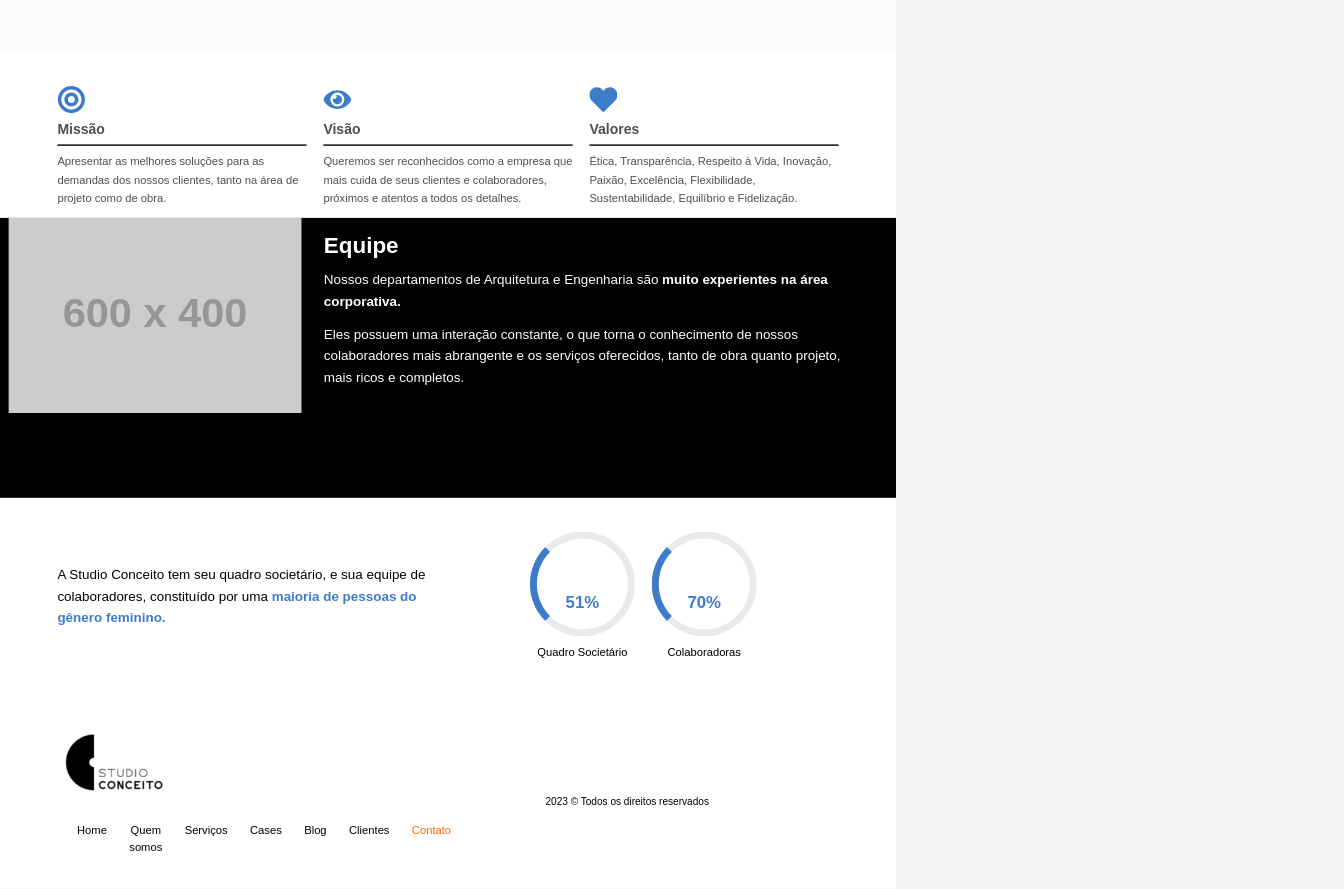
Repository: Upstairs-Agencia/studio-conceito-react
Page: /quem-somos
These files come from the project's save history. The page is drawn as it stood at one moment and after a run of saves; the edit follows.
The browser window is 1280 px wide. The page is 1920 px wide, so the pictures cover 1920 px, including what lies to the right of the window. The pictures show the part of the page from y = 2085 to 3365 px (the page is 3355 px tall before and 3365 px after), at 70% of full size.
The project was rebuilt for these pictures with package versions that can differ from the ones it lists, and the page was loaded fresh each time. Also part of the build but not shown: src/pages/Home.js, src/pages/Servicos.js, src/styles/cases.css, src/pages/Cases.js, src/pages/Blog.js, src/pages/Clientes.js, src/pages/Contato.js.

Above is the page before, as saved 2024-12-29 12:49:00.

### public/index.html
<!DOCTYPE html>
<html lang="en">
  <head>
    <meta charset="utf-8" />
    <link rel="icon" href="%PUBLIC_URL%/favicon.ico" />
    <meta name="viewport" content="width=device-width, initial-scale=1" />
    <meta name="theme-color" content="#000000" />
    <meta
      name="description"
      content="Web site created using create-react-app"
    />
    <link rel="apple-touch-icon" href="%PUBLIC_URL%/logo192.png" />
    <!--
      manifest.json provides metadata used when your web app is installed on a
      user's mobile device or desktop. See https://developers.google.com/web/fundamentals/web-app-manifest/
    -->
    <link rel="manifest" href="%PUBLIC_URL%/manifest.json" />
    <!--
      Notice the use of %PUBLIC_URL% in the tags above.
      It will be replaced with the URL of the `public` folder during the build.
      Only files inside the `public` folder can be referenced from the HTML.

      Unlike "/favicon.ico" or "favicon.ico", "%PUBLIC_URL%/favicon.ico" will
      work correctly both with client-side routing and a non-root public URL.
      Learn how to configure a non-root public URL by running `npm run build`.
    -->
    <title>Studio Conceito</title>
  </head>
  <body>
    <noscript>You need to enable JavaScript to run this app.</noscript>
    <div id="root"></div>
    <!--
      This HTML file is a template.
      If you open it directly in the browser, you will see an empty page.

      You can add webfonts, meta tags, or analytics to this file.
      The build step will place the bundled scripts into the <body> tag.

      To begin the development, run `npm start` or `yarn start`.
      To create a production bundle, use `npm run build` or `yarn build`.
    -->
  </body>
</html>

### src/index.js

import React from 'react';
import ReactDOM from 'react-dom';
import App from './App';
import 'mdb-react-ui-kit/dist/css/mdb.min.css'; // MDB styles
import './index.css'; // Global styles

ReactDOM.render(
  <React.StrictMode>
    <App />
  </React.StrictMode>,
  document.getElementById('root')
);

### src/App.js

import React from 'react';
import { BrowserRouter as Router, Routes, Route } from 'react-router-dom';
import Home from './pages/Home';
import QuemSomos from './pages/QuemSomos';
import Servicos from './pages/Servicos';
import Cases from './pages/Cases';
import Blog from './pages/Blog';
import Clientes from './pages/Clientes';
import Contato from './pages/Contato';

function App() {
  return (
    <Router>
      <Routes>
        <Route path="/" element={<Home />} />
        <Route path="/quem-somos" element={<QuemSomos />} />
        <Route path="/servicos" element={<Servicos />} />
        <Route path="/cases" element={<Cases />} />
        <Route path="/blog" element={<Blog />} />
        <Route path="/clientes" element={<Clientes />} />
        <Route path="/contato" element={<Contato />} />
      </Routes>
    </Router>
  );
}

export default App;

### src/index.css

body {
  margin: 0;
  font-family: Arial, sans-serif;
  background-color: #f4f4f4;
}

### src/pages/QuemSomos.js
import React from "react";
import Navbar from "../components/navbar"; // Importando o componente Navbar
import { MDBContainer, MDBRow, MDBCol } from "mdb-react-ui-kit";
import { FaBullseye, FaEye, FaHeart } from "react-icons/fa";

import Footer from "../components/footer";
import "../styles/quemsomos.css";

export default function QuemSomos() {
  return (
    <>
      {/* Navbar */}
      <Navbar />

      {/* Seção de cabeçalho do quem somos */}
      <section className="bg-black text-white py-5">
        <MDBContainer>
          <MDBRow className="align-items-center">
            <MDBCol md="6">
              <h1 className="fw-bold">Quem somos</h1>
            </MDBCol>
            <MDBCol md="6" className="text-end">
              <img
                src="https://placehold.co/200x150" // Imagem maior para seguir o padrão original
                alt="Padrão gráfico"
                style={{ maxWidth: "200px", marginRight: "4rem" }}
              />
            </MDBCol>
          </MDBRow>
        </MDBContainer>
      </section>

      {/* Quem Somos Section */}
      <section className="py-5 ">
        <MDBContainer>
          <MDBRow className="align-items-center">
            <MDBCol md="6">
              <img
                src="https://via.placeholder.com/600x400"
                alt="Studio Conceito"
                className="img-fluid"
              />
            </MDBCol>
            <MDBCol md="6">
              <h2 className="fw-bold mb-4">Studio Conceito</h2>
              <p>
                A Studio Conceito Arquitetura foi{" "}
                <strong>fundada em 2009</strong> e conta com uma equipe
                altamente capacitada e com grande experiência na área
                corporativa.
              </p>
              <p>
                O <strong>Atendimento Personalizado</strong> é o grande foco de
                nossa empresa, visando sempre garantir a satisfação e a
                consequente fidelização de nossos clientes.
              </p>
            </MDBCol>
          </MDBRow>
        </MDBContainer>
        <img
          src="https://via.placeholder.com/1920x200"
          alt="Studio Conceito"
          className="imagemfundo"
        />
      </section>

      {/* Sócios Section */}
      <section className="py-5 socios text-white">
        <MDBContainer>
          <h1 className="text-left titulosocios fw-bold mb-5">Sócios</h1>
          <MDBRow className="text-center">
            <MDBCol md="6" className="mb-4">
              <div className="team-member">
                <img
                  src="https://via.placeholder.com/400x400"
                  alt="Arq. Cristina Castilho"
                  className="img-fluid mb-2"
                />
                <h4 className="fw-bold">Arq. Cristina Castilho</h4>
                <p>CEO | Sócia fundadora</p>
              </div>
            </MDBCol>
            <MDBCol md="6" className="mb-4">
              <div className="team-member">
                <img
                  src="https://via.placeholder.com/400x400"
                  alt="Arq. Gabriel Castilho"
                  className="img-fluid mb-2"
                />
                <h4 className="fw-bold">Arq. Gabriel Castilho</h4>
                <p>COO | Sócio fundador</p>
              </div>
            </MDBCol>
          </MDBRow>
        </MDBContainer>
      </section>

      {/* Atendemos em todo Brasil Section */}
      <section className="py-5 bg-light">
        <MDBContainer>
          <MDBRow className="align-items-center">
            <MDBCol md="6" className="title-container">
              <h1 className="atendemos-title">Atendemos</h1>
              <h1 className="brasil-title">em todo Brasil</h1>
            </MDBCol>
            <MDBCol md="6">
              <p className="text-large">
                Com uma equipe multidisciplinar e altamente capacitada, composta
                por arquitetos, engenheiros e designers, apresentamos as
                melhores soluções para as demandas de nossos clientes, tanto na
                área de <span className="fw-bold">projeto</span> como de{" "}
                <span className="fw-bold">obra</span>.
              </p>
              <p className="text-large">
                Adequamos nossos times às necessidades de cada solicitação,
                sejam elas projetos, gerenciamento e execução de obra. Do início
                ao fim, ficamos ao lado do cliente{" "}
                <span className="fw-bold">cuidando de todos os detalhes!</span>
              </p>
            </MDBCol>
          </MDBRow>
        </MDBContainer>
      </section>

      {/* Missão, Visão e Valores Section */}
      <section className="py-5 bg-white">
        <MDBContainer>
          <MDBRow className="text-center mission-row">
            <MDBCol md="4" className="mission-col">
              <div className="icon-container">
                <FaBullseye size={40} color="#3d7cc9" />
              </div>
              <h5 className="fw-bold">Missão</h5>
              <div className="divider"></div>
              <p>
                Apresentar as melhores soluções para as demandas dos nossos
                clientes, tanto na área de projeto como de obra.
              </p>
            </MDBCol>
            <MDBCol md="4" className="mission-col">
              <div className="icon-container">
                <FaEye size={40} color="#3d7cc9" />
              </div>
              <h5 className="fw-bold">Visão</h5>
              <div className="divider"></div>
              <p>
                Queremos ser reconhecidos como a empresa que mais cuida de seus
                clientes e colaboradores, próximos e atentos a todos os
                detalhes.
              </p>
            </MDBCol>
            <MDBCol md="4" className="mission-col">
              <div className="icon-container">
                <FaHeart size={40} color="#3d7cc9" />
              </div>
              <h5 className="fw-bold">Valores</h5>
              <div className="divider"></div>
              <p>
                Ética, Transparência, Respeito à Vida, Inovação, Paixão,
                Excelência, Flexibilidade, Sustentabilidade, Equilíbrio e
                Fidelização.
              </p>
            </MDBCol>
          </MDBRow>
        </MDBContainer>

        {/* Equipe Section */}
        <section className="equipe-section">
          <MDBContainer fluid className="d-flex align-items-center">
            <MDBCol md="4" className="p-0">
              <img
                src="https://via.placeholder.com/600x400"
                alt="Equipe"
                className="img-fluid equipe-image"
              />
            </MDBCol>
            <MDBCol
              md="8"
              className="d-flex flex-column justify-content-center equipe-text"
            >
              <h2 className="fw-bold text-left mb-3">Equipe</h2>
              <p className="text-left">
                Nossos departamentos de Arquitetura e Engenharia são{" "}
                <strong>muito experientes na área corporativa.</strong>
              </p>
              <p className="text-left">
                Eles possuem uma interação constante, o que torna o conhecimento
                de nossos colaboradores mais abrangente e os serviços
                oferecidos, tanto de obra quanto projeto, mais ricos e
                completos.
              </p>
            </MDBCol>
          </MDBContainer>
        </section>

        {/* Diversidade Section */}
        <section className="diversidade-section">
          <MDBContainer className="d-flex align-items-center justify-content-between">
            <MDBCol md="6" className="d-flex flex-column diversidade-text">
              <p className="text-left">
                A Studio Conceito tem seu quadro societário, e sua equipe de
                colaboradores, constituído por uma{" "}
                <span className="destaque">
                  maioria de pessoas do gênero feminino.
                </span>
              </p>
            </MDBCol>
            <MDBCol md="6" className="d-flex justify-content-center gap-4">
              {/* Gráfico Quadro Societário */}
              <div className="grafico-container">
                <div className="grafico"></div>
                <span className="grafico-percentual">51%</span>
                <p className="grafico-label">Quadro Societário</p>
              </div>

              {/* Gráfico Colaboradoras */}
              <div className="grafico-container">
                <div className="grafico"></div>
                <span className="grafico-percentual">70%</span>
                <p className="grafico-label">Colaboradoras</p>
              </div>
            </MDBCol>
          </MDBContainer>
        </section>

        <Footer />
      </section>
    </>
  );
}

### src/components/navbar.js
import React, { useState } from "react";

import Logo from "../images/logoBlack.png";

import {
  MDBNavbar,
  MDBNavbarBrand,
  MDBContainer,
} from "mdb-react-ui-kit";
import { FaLinkedin, FaInstagram, FaPinterest, FaBars } from "react-icons/fa";
import { IoIosClose } from "react-icons/io";
import { Link } from "react-router-dom";

import SeloGptw from "../images/selo-gptw.png";

const Navbar = () => {
  const [showMenu, setShowMenu] = useState(false);

  return (
    <>
      {/* Navbar */}
      <MDBNavbar dark bgColor="white" className="py-4 px-5">
        <MDBContainer fluid className="d-flex justify-content-between align-items-center">
          {/* Logo */}
          <MDBNavbarBrand href="#" className="ms-5">
            <img
              src={Logo}
              alt="Logo"
              style={{ maxHeight: "90px", marginLeft: "12vw"}}
            />
          </MDBNavbarBrand>

          {/* Social Icons and Menu Toggle */}
          <div className="d-flex align-items-center">
            {/* Social Icons */}
            <div className="d-flex gap-3 me-3">
              <button className="btn btn-light rounded-circle p-2">
                <FaLinkedin size={30} />
              </button>
              <button className="btn btn-light rounded-circle p-2">
                <FaInstagram size={30} />
              </button>
              <button className="btn btn-light rounded-circle p-2">
                <FaPinterest size={30} />
              </button>
            </div>

            {/* FaBars Icon for Sidebar */}
            <button
              className="btn rounded-circle p-2"
              style={{
                background: "none",
                border: "none",
                cursor: "pointer",
              }}
              onClick={() => setShowMenu(!showMenu)}
            >
              <FaBars size={20} color="black" />
            </button>
          </div>
        </MDBContainer>
      </MDBNavbar>

      {/* Sidebar Menu */}
      {showMenu && (
        <div
          className="position-fixed top-0 end-0 bg-white vh-100 vw-350 shadow-lg d-flex flex-column"
          style={{ zIndex: 1050, width: "500px" }}
        >
          <div className="d-flex justify-content-end p-3">
            {/* Close Button */}
            <button
              className="p-0"
              style={{
                background: "none",
                border: "none",
                cursor: "pointer",
              }}
              onClick={() => setShowMenu(false)}
            >
              <IoIosClose size={40} />
            </button>
          </div>





          <div className="p-4 flex-grow-1">
            {/* Menu Items */}
            <ul className="list-unstyled">
              {[
                { label: "Home", link: "/" },
                { label: "Quem somos", link: "/quem-somos" },
                { label: "Serviços", link: "/servicos" },
                { label: "Cases", link: "/cases" },
                { label: "Blog", link: "/blog" },
                { label: "Clientes", link: "/clientes" },
                { label: "Contato", link: "/contato" },
              ].map((item, index) => (
                <li key={index} className="py-2">
                  <Link
                    to={item.link}
                    className="text-decoration-none fs-6"
                    style={{
                      transition: "all 0.3s ease-in-out", // Transição suave
                      color:"black"
                    }}
                    onMouseOver={(e) => {
                      e.currentTarget.style.color = "#FF7F30"; // Altera a cor
                      e.currentTarget.style.fontWeight = "bold"; // Negrito
                    }}
                    onMouseOut={(e) => {
                      e.currentTarget.style.color = "black"; // Retorna à cor original
                      e.currentTarget.style.fontWeight = "normal"; // Retira o negrito
                    }}
                  >
                    {item.label}
                  </Link>
                </li>
              ))}
            </ul>
          </div>



          {/* Footer Section */}
          <div className="d-flex justify-content-between align-items-center px-4 pb-4">
            {/* Social Icons */}
            <div className="d-flex gap-3">
              <button className="btn btn-dark rounded-circle p-2">
                <FaLinkedin size={20} color="white" />
              </button>
              <button className="btn btn-dark rounded-circle p-2">
                <FaInstagram size={20} color="white" />
              </button>
              <button className="btn btn-dark rounded-circle p-2">
                <FaPinterest size={20} color="white" />
              </button>
            </div>

            {/* Placeholder Image */}
            <img
              src={SeloGptw}
              alt="Great Place to Work"
              style={{ maxHeight: "200px", marginBottom: "4rem" }}
            />
          </div>
        </div>
      )}
    </>
  );
};

export default Navbar;

### src/components/footer.js
import React from "react";
import { MDBFooter, MDBContainer, MDBRow, MDBCol } from "mdb-react-ui-kit";
import Logo from "../images/logoBlack.png";
import "../styles/footer.css";

const Footer = () => {
  return (
    <MDBFooter className="footer-container text-center text-white">
      <MDBContainer className="p-4 footer-content">

        <MDBRow className="content-signature">
            {/* Logo e Nome */}
            <MDBCol md="4" className="mb-4 footer-left">
                <img
                    src={Logo}
                    alt="Studio Conceito Logo"
                    className="footer-logo"
                />

                {/* Navegação */}
                <MDBCol md="4" className="mb-3 footer-center">
                    <nav className="footer-nav">
                        <a href="/">Home</a>
                        <a href="/quem-somos"> Quem somos </a>
                        <a href="/servicos">Serviços</a>
                        <a href="/cases">Cases</a>
                        <a href="/blog">Blog</a>
                        <a href="/clientes">Clientes</a>
                        <a href="/contato" className="footerHighlight">
                            Contato
                        </a>
                    </nav>
                </MDBCol>

            </MDBCol>

            {/* Direitos Reservados */}
            <MDBCol md="4" className="mb-4 footer-right">
                <p className="mb-0">2023 &copy; Todos os direitos reservados</p>
            </MDBCol>

        </MDBRow>



      </MDBContainer>
    </MDBFooter>
  );
};

export default Footer;

### src/styles/quemsomos.css
.socios{
    background-color: #000;
}

.titulosocios{
    margin-left: 7rem;
}

/* Título: Atendemos em todo Brasil */
.title-container {
    text-align: left;
  }

  .atendemos-title {
    font-size: 2.5rem;
    font-weight: normal;
    color: #000;
  }

  .brasil-title {
    font-size: 2.5rem;
    font-weight: bold;
    color: #000;
    margin-top: -10px; /* Para aproximar os textos */
  }

  /* Texto em letras maiores */
  .text-large {
    font-size: 1.2rem;
    line-height: 1.8;
    text-align: left;
  }

  /* Missão, Visão e Valores */
  .mission-row {
    justify-content: space-between;
  }

  .mission-col {
    text-align: left;
    max-width: 400px;
  }

  .icon-container {
    margin-bottom: 10px;
  }

  .divider {
    width: 100%;
    height: 2px;
    background-color: #000;
    margin: 10px auto;
  }

  /* Equipe Section */
.equipe-section {
    background-color: #000;
    color: #fff;
    height: 400px;
  }

  .equipe-image {
    object-fit: cover;
    height: 100%;
    width: 100%;
  }

  .equipe-text {
    padding: 0 2rem;
  }

  .equipe-text h2 {
    font-size: 2rem;
  }

  .equipe-text p {
    font-size: 1.2rem;
  }

  /* Diversidade Section */
  .diversidade-section {
    background-color: #fff;
    color: #000;
    padding: 3rem 0;
  }

  .diversidade-text p {
    font-size: 1.2rem;
  }

  .diversidade-text .destaque {
    color: #3d7cc9;
    font-weight: bold;
  }

  /* Gráficos */
  .grafico-container {
    position: relative;
    text-align: center;
  }

  .grafico {
    width: 150px;
    height: 150px;
    border-radius: 50%;
    border: 10px solid #eaeaea;
    border-top: 10px solid #3d7cc9;
    transform: rotate(-90deg);
    margin: 0 auto;
  }

  .grafico-percentual {
    position: absolute;
    top: 50%;
    left: 50%;
    transform: translate(-50%, -50%);
    color: #3d7cc9;
    font-weight: bold;
    font-size: 1.5rem;
  }

  .grafico-label {
    margin-top: 10px;
    font-size: 1rem;
  }


  /* Responsividade */
  @media (max-width: 768px) {
    .atendemos-title,
    .brasil-title {
      font-size: 2rem;
    }

    .text-large {
      font-size: 1rem;
    }

    .mission-col {
      max-width: 100%;
    }
  }

### src/styles/footer.css
.footer-container {
    background-color: white;
    height: 25vh !important; /* Ocupa 30% da altura da tela */
    display: flex;
    justify-content: center;
    align-items: center;
    color: black;
    font-family: Arial, sans-serif;
    margin: 1rem 0;
  }

  .footer-content {
    height: 100%; /* Garante que o conteúdo ocupe toda a altura do footer */
  }

  .content-signature{
    display: flex;
    flex-direction: row;
  }

  .footer-left {
    display: flex;
    flex-direction: column;
  }

  .footer-logo {
    max-width: 40%; /* Aumenta a imagem para 40% de seu tamanho */
    margin-bottom: 10px;
  }


  .footer-center {
    text-align: center;
    margin: 2rem 0;
  }

  .footer-nav{
    display: flex;
    flex-direction: row;
    justify-content: space-around;
    width:35vw;

  }

  .footerHighlight {
    color: #ff6600 !important;
  }

  .footer-nav a {
    margin: 1px 1rem;
    text-decoration: none;
    color: #000;
    font-size: 1rem;
    transition: color 0.3s ease;
  }

  .footer-nav a:hover {
    color: #ff6600;
  }



  .footer-right {
    text-align: center;
    display: flex;
    justify-content: center;
    align-items: center;
    margin-left: 20vw;
    font-size: 0.9rem;
    color: #000;
  }

After the next 2 saves:
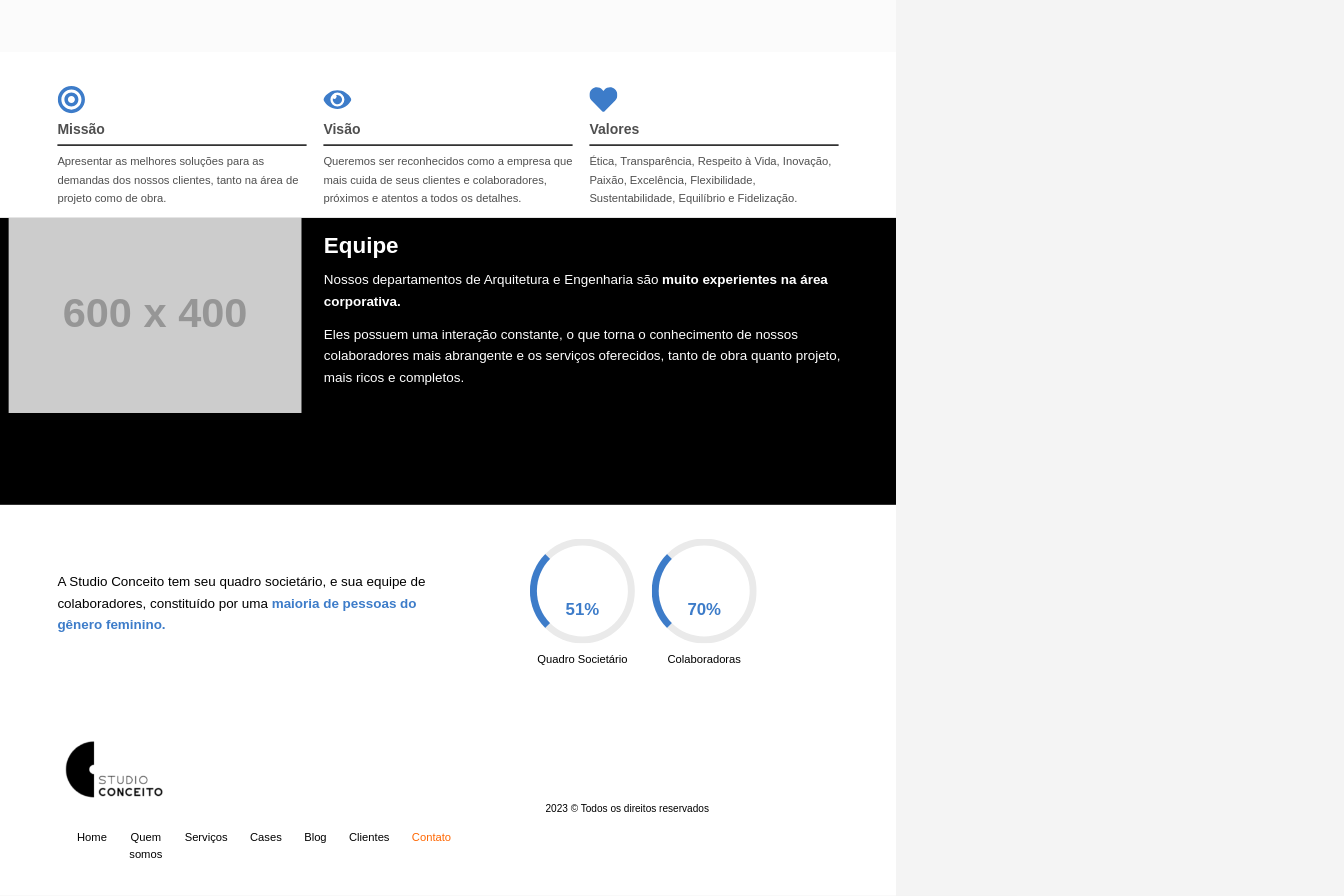
The 2 saves are shown as one change because they came seconds apart.
The last was saved 13 s later.
--- a/src/styles/quemsomos.css
+++ b/src/styles/quemsomos.css
@@ -56,7 +56,7 @@
 .equipe-section {
     background-color: #000;
     color: #fff;
-    height: 400px;
+    height: 410px;
   }
 
   .equipe-image {
